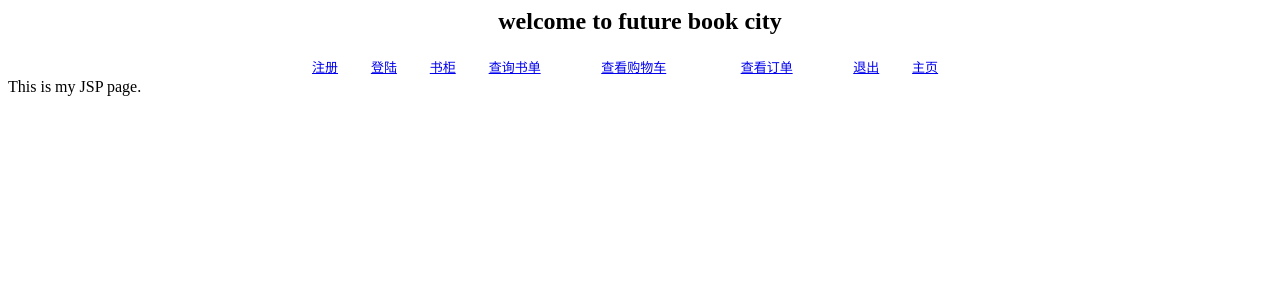
Repository: littleNiq/jsp
Page: http://localhost/mobileShop/lookMobile.jsp
The author's editor kept a copy of each file at every save. The page is drawn from the files as they stood at one save, then again after the next save.
The browser window is 1280 px wide. The pictures show the whole page.
The page is served by Tomcat 9.

Above is the page before, as saved 2016-08-31 11:17:16.

After the next save:
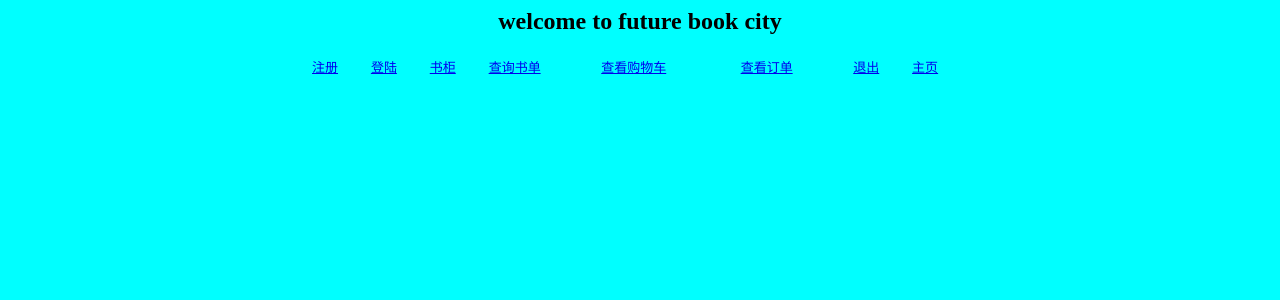
Saved 2 min 24 s later.
--- a/jsp/myworkspace/mobileShop/WebRoot/lookMobile.jsp
+++ b/jsp/myworkspace/mobileShop/WebRoot/lookMobile.jsp
@@ -4,8 +4,11 @@
   <head>
    <%@ include file="head.txt"%>
   </head>
+  <body bgcolor="cyan">
+    <font size="2">
+      <div align="center">
 
-  <body>
-    This is my JSP page. <br>
+      </div>
+    </font>
   </body>
 </html>
